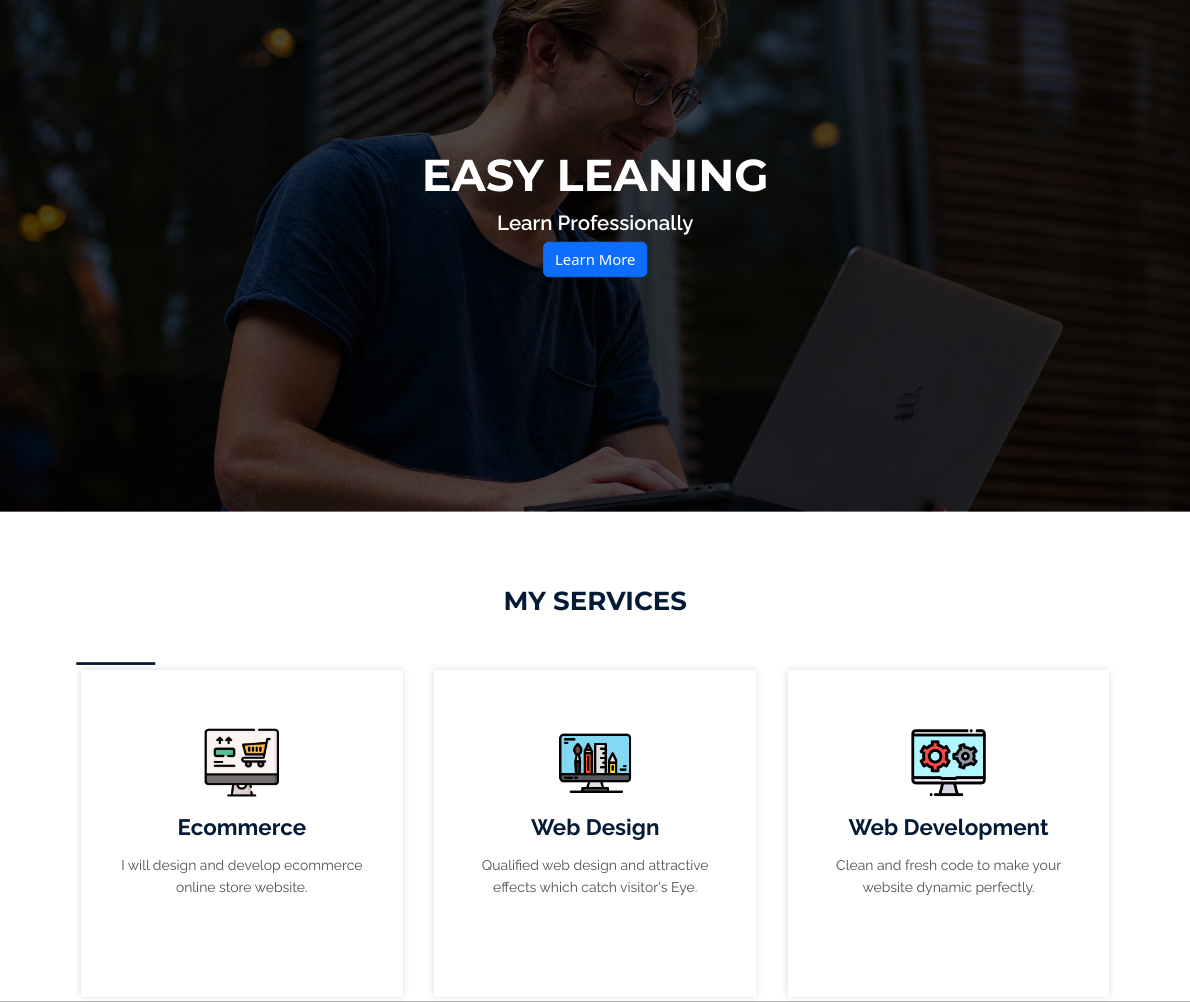
Repository: masamichan/free_video_app
Page: /
An editor plug-in stored every save of this project. The page is shown before and after the next save, followed by the edit.
The browser window is 1280 px wide. The pictures show the whole page, at 93% of full size.
Backgrounds fixed to the window are drawn as part of the page. The project was rebuilt for these pictures with package versions that can differ from the ones it lists, and the page was loaded fresh each time.

Above is the page before, as saved 2023-01-22 14:20:25.

After the next save:
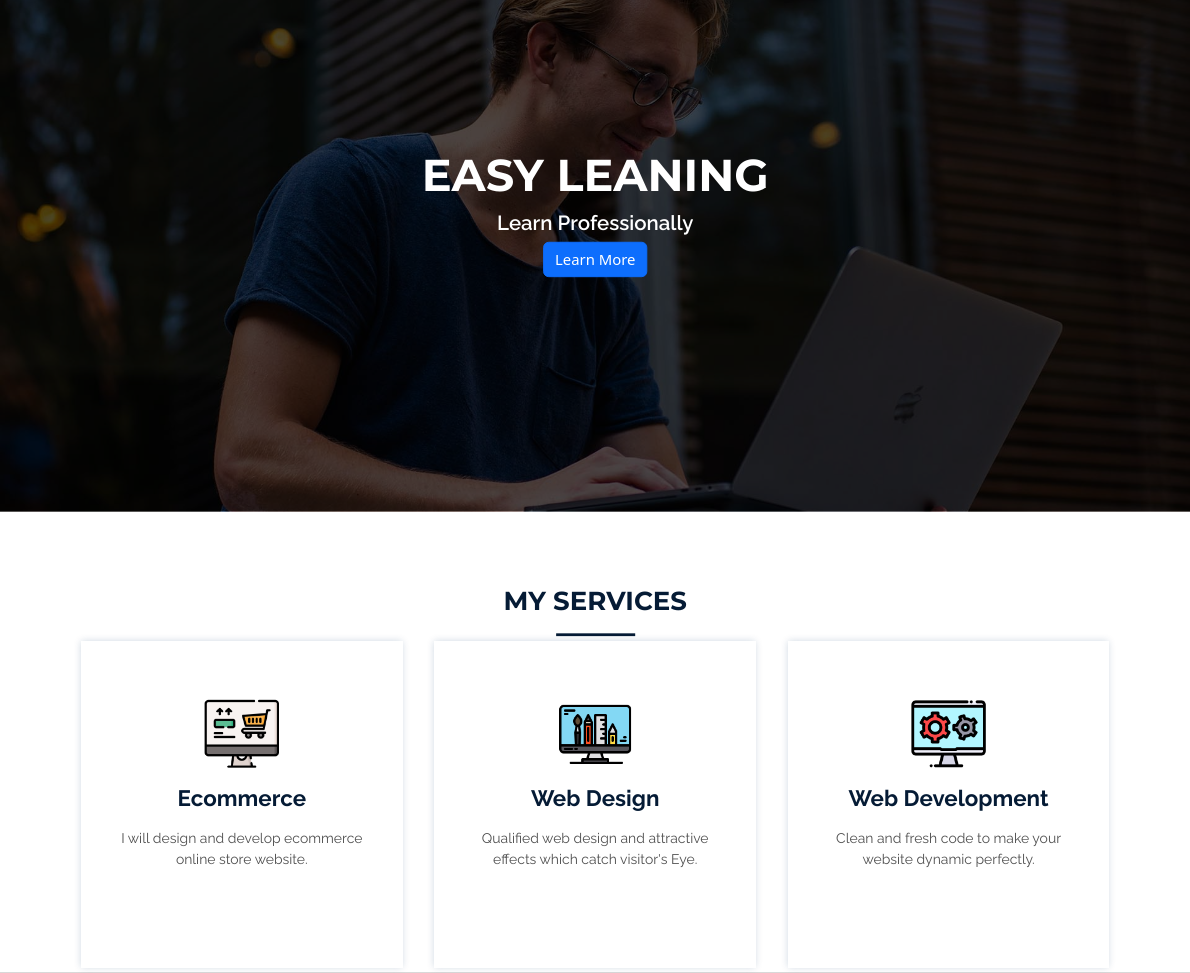
Saved 53 s later.
--- a/src/asset/css/custom.css
+++ b/src/asset/css/custom.css
@@ -89,5 +89,5 @@
   background: #051b35 none repeat scroll 0 0;
   height: 3px;
   width: 85px;
-  margin: -1.9erm auto 0;
+  margin: -1.9rem auto 0;
 }
